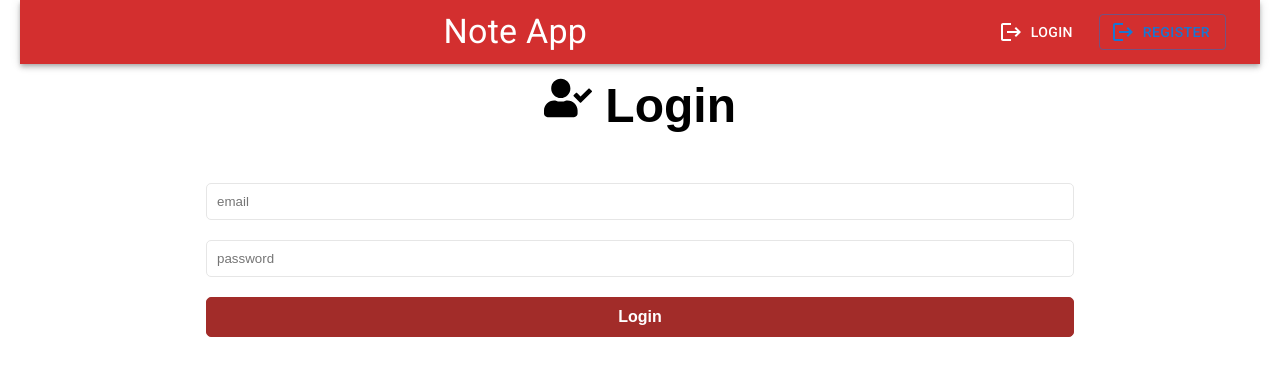
Repository: halilhaninan/MERNSTACK-Note-App
Page: / (app in frontend/)
An editor plug-in stored every save of this project. The page is shown before and after the next save, followed by the edit.
The browser window is 1280 px wide. The pictures show the whole page.
The project was rebuilt for these pictures with package versions that can differ from the ones it lists, and the page was loaded fresh each time. Also part of the build but not shown: frontend/src/Components/Spinner.jsx, frontend/src/Components/Not.jsx, frontend/src/pages/Register.jsx, frontend/src/features/counter/counterSlice.js, frontend/src/features/counter/counter.js, frontend/src/App.css.

Above is the page before, as saved 2022-09-03 11:07:17.

After the next save:
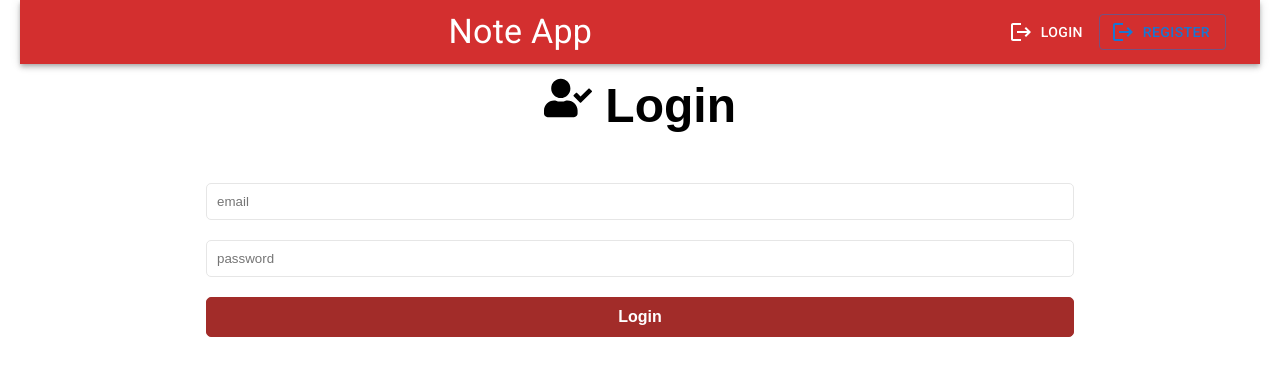
Saved 23 s later.
--- a/frontend/src/Components/Header.jsx
+++ b/frontend/src/Components/Header.jsx
@@ -49,7 +49,6 @@ function Header() {
           <>
             <Button
               variant="inherit"
-              sx={{ marginRight: "10px" }}
               colors="inherit"
               size="size"
               startIcon={<Logout />}
